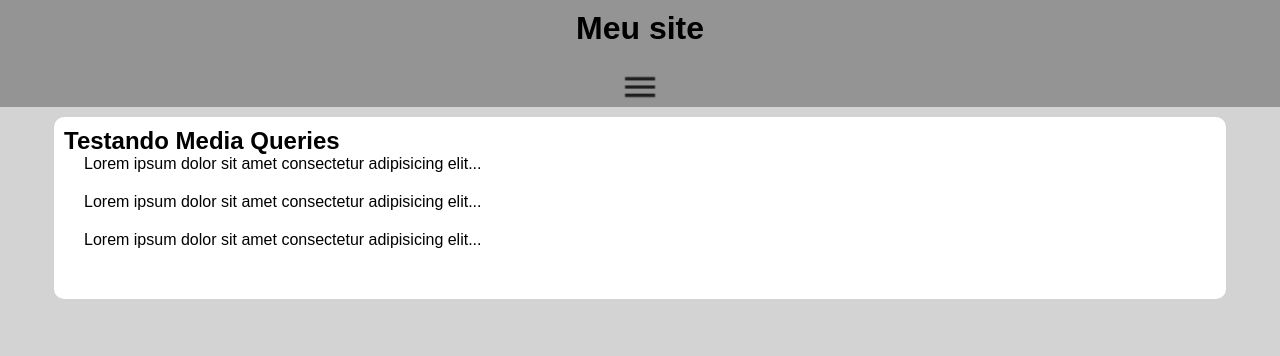
Repository: Sandro1969-tech/menu-hamburger
Page: index.html
These files come from the project's save history. The page is drawn as it stood at one moment and after a run of saves; the edit follows.
The browser window is 1280 px wide. The pictures show the whole page.

Above is the page before, as saved 2025-12-25 19:31:18.

### index.html
<!DOCTYPE html>
<html lang="pt-br">
<head>
  <meta charset="UTF-8">
  <meta name="viewport" content="width=device-width, initial-scale=1.0">
  <title>Media Queries</title>
  <link rel="stylesheet" href="style.css">
  <style>
    .menu-icon {
      display: block;          /* transforma em bloco */
      margin: 10px auto;       /* centraliza horizontalmente */
      width: 40px;             /* ajuste o tamanho */
      cursor: pointer;
    }
    .menu-icon:hover {
      filter: invert(100%);    /* efeito simples de hover */
    }
    header h1 {
      text-align: center;
    }
    /* Menu escondido por padrão */
    #itens {
      display: none;
    }
  </style>
</head>
<body>
  <header>
    <h1>Meu site</h1>
    <!-- Ícone chama a função -->
    <img src="image/iconmenu.png" alt="Menu" class="menu-icon" onclick="clickMenu()">

    <!-- Menu com id para o JS -->
    <menu id="itens">
      <ul>
        <li><a href="#">Opção 1</a></li>
        <li><a href="#">Opção 2</a></li>
        <li><a href="#">Opção 3</a></li>
        <li><a href="#">Opção 4</a></li>
        <li><a href="#">Opção 5</a></li>
      </ul>
    </menu>
  </header>

  <main>
    <article>
      <h2>Testando Media Queries</h2>
      <p>Lorem ipsum dolor sit amet consectetur adipisicing elit...</p>
      <p>Lorem ipsum dolor sit amet consectetur adipisicing elit...</p>
      <p>Lorem ipsum dolor sit amet consectetur adipisicing elit...</p>
    </article>
  </main>

  <!-- Script corrigido -->
  <script>
    function clickMenu() {
      const itens = document.getElementById('itens');
      if (itens.style.display === 'block') {
        itens.style.display = 'none';
      } else {
        itens.style.display = 'block';
      }
    }
  </script>
</body>
</html>

### style.css
@charset "UTF-8";

* {
    font-family: Arial, Helvetica, sans-serif;
    margin: 0;
    padding: 0;
}

body, html {
    background-color: lightgrey;
}

header {
    background-color: rgb(148, 148, 148);
}

header > h1 {
    padding: 10px;
    text-align: center;
}

h1 {
    padding: 10px;
    text-align: center;
}

menu {
    display: block;
}

menu > ul {
    list-style-type: none;
}

menu a {
    display: block;
    padding: 10px;
    text-decoration: none;
    background-color: rgb(87,87,87); /* corrigido */
    text-align: center;
    color: white;
    border-top: 2px solid grey;
}

menu > ul > li:hover a {
    background-color: rgba(119, 136, 153, 0.459);
}

main {
    width: 90vw;
    background-color: white;
    margin: auto;
    margin-top: 10px;
    padding: 10px;
    border-radius: 10px;
}

article {
    padding-bottom: 20px;
}

article > p {
    text-align: justify;
    margin-bottom: 20px;
    text-indent: 20px; /* corrigido */
}

After the next 2 saves:
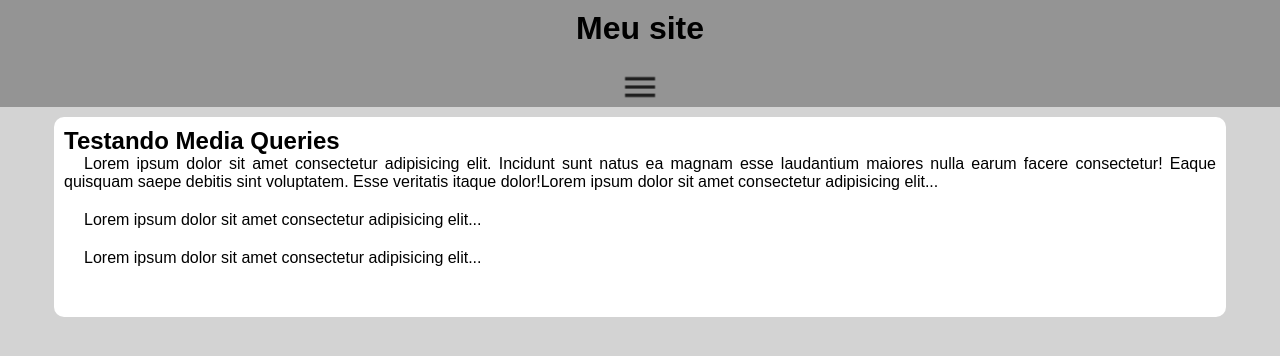
The 2 saves are shown as one change because they came seconds apart.
The last was saved 20 s later.
--- a/index.html
+++ b/index.html
@@ -45,7 +45,7 @@
   <main>
     <article>
       <h2>Testando Media Queries</h2>
-      <p>Lorem ipsum dolor sit amet consectetur adipisicing elit...</p>
+      <p>Lorem ipsum dolor sit amet consectetur adipisicing elit. Incidunt sunt natus ea magnam esse laudantium maiores nulla earum facere consectetur! Eaque quisquam saepe debitis sint voluptatem. Esse veritatis itaque dolor!Lorem ipsum dolor sit amet consectetur adipisicing elit...</p>
       <p>Lorem ipsum dolor sit amet consectetur adipisicing elit...</p>
       <p>Lorem ipsum dolor sit amet consectetur adipisicing elit...</p>
     </article>
